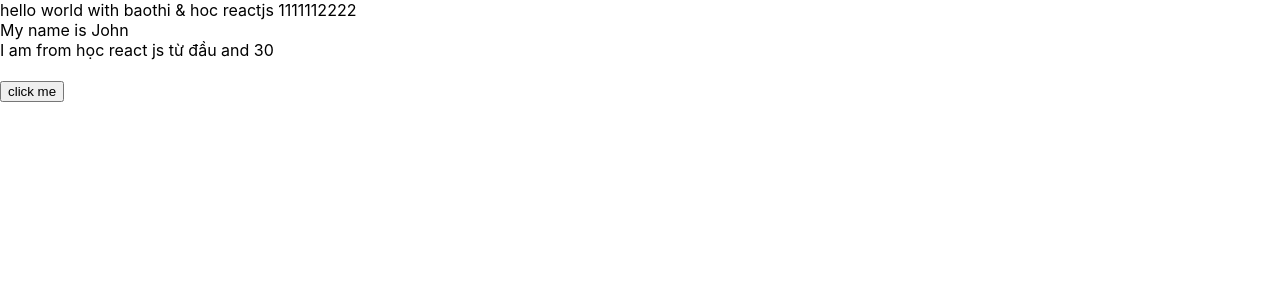
Repository: baothi/base-reactjs
Page: /
These files come from the project's save history. The page is drawn as it stood at one moment and after the next save; the edit follows.
The browser window is 1280 px wide. The pictures show the whole page.
The project was rebuilt for these pictures with package versions that can differ from the ones it lists, and the page was loaded fresh each time. Also part of the build but not shown: src/App.css.

Above is the page before, as saved 2022-10-08 14:58:34.

After the next save:
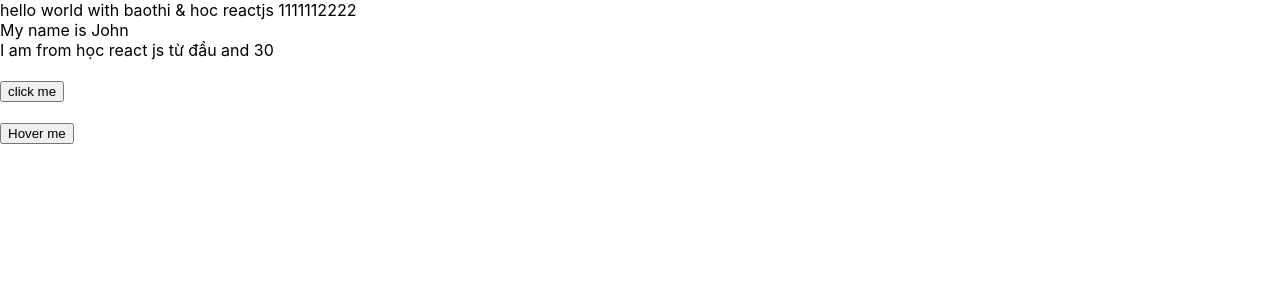
Saved 74 s later.
--- a/src/components/MyComponent.js
+++ b/src/components/MyComponent.js
@@ -19,7 +19,8 @@
         return(
             <div>
                 My name is {this.state.name} <br /> I am from {this.state.address} and {this.state.age} <br /> <br />
-                <button onMouseEnter={this.handleOnMoverOver}>click me</button>
+                <button onClick={this.handleClick}>click me</button><br /> <br />
+                <button onMouseEnter={this.handleOnMoverOver}>Hover me</button>
             </div>
         );
     }
